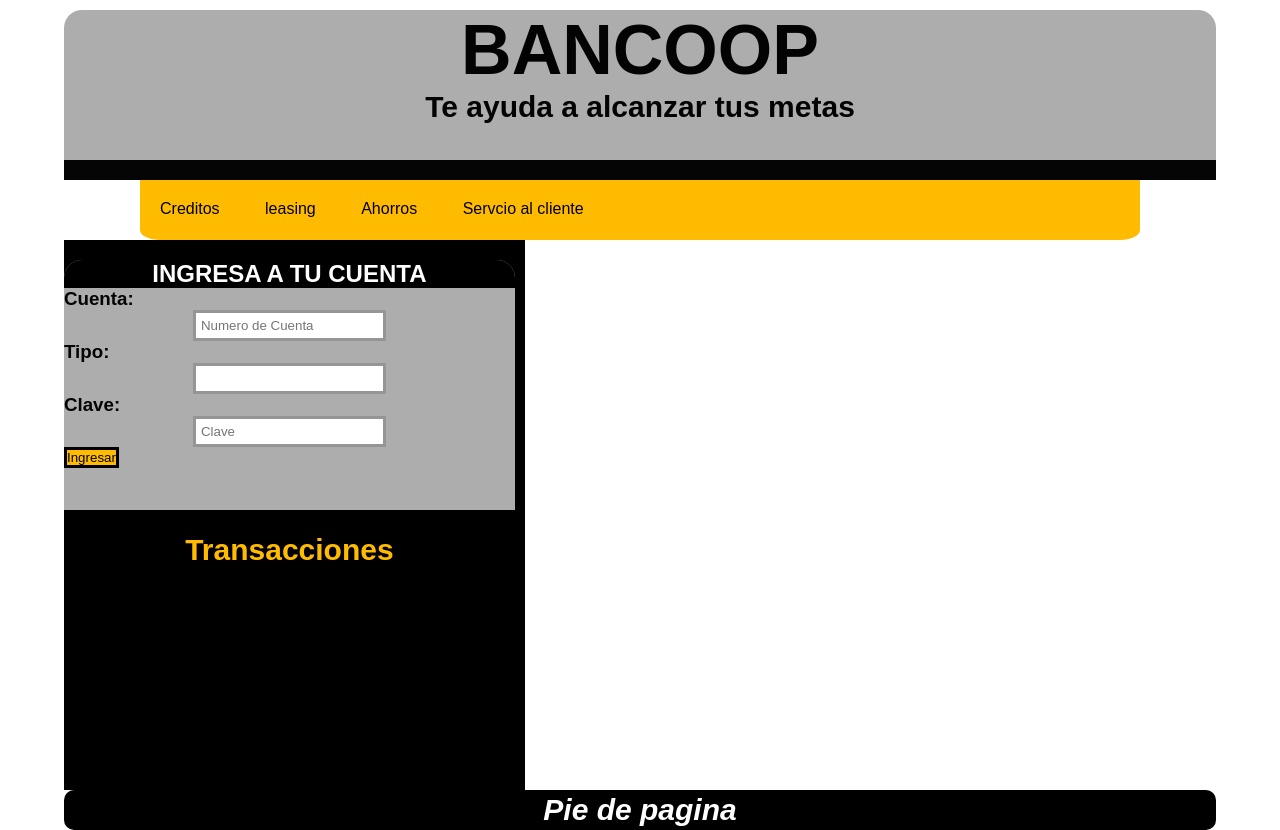
Repository: NickArregoces/BANCOOP
Page: Index.html
An editor plug-in stored every save of this project. The page is shown before and after the next save, followed by the edit.
The browser window is 1280 px wide. The pictures show the whole page.

Above is the page before, as saved 2021-09-29 19:16:53.

After the next save:
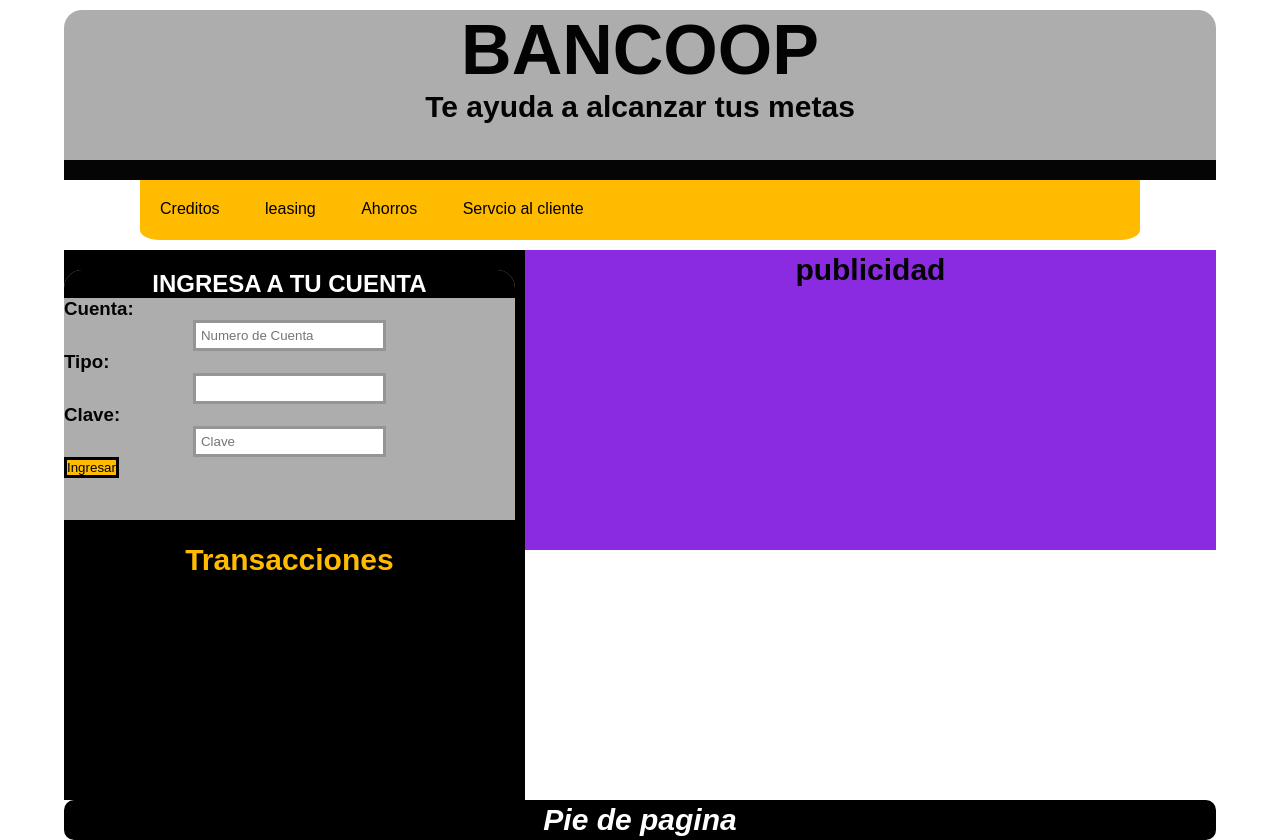
Saved 46 s later.
--- a/Index.html
+++ b/Index.html
@@ -45,7 +45,9 @@
             </div>
 
             <div id="Cuadros">
-                <div></div>
+                <aside>
+                    <h2>publicidad</h2>
+                </aside>
             </div>
 
                 <div>
